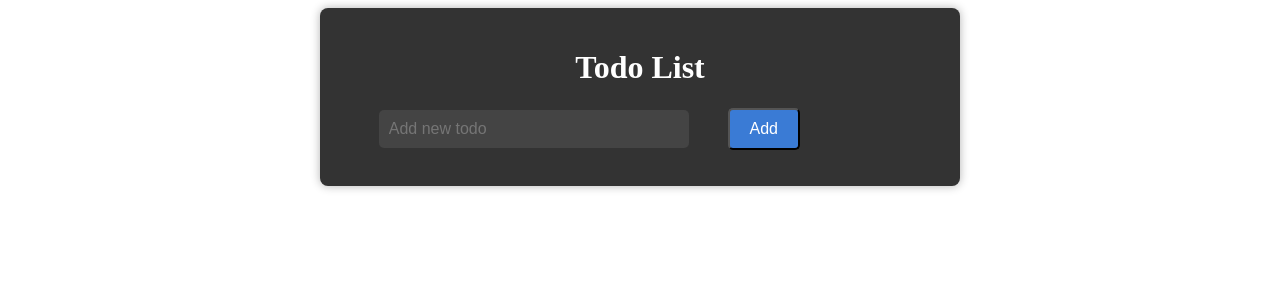
Repository: Tobby004/Todo-assignment
Page: / (app in todo-list-app/)
The author's editor kept a copy of each file at every save. The page is drawn from the files as they stood at one save, then again after the next save.
The browser window is 1280 px wide. The pictures show the whole page.
The project was rebuilt for these pictures with package versions that can differ from the ones it lists, and the page was loaded fresh each time. Also part of the build but not shown: todo-list-app/vue.config.js.

Above is the page before, as saved 2023-12-06 16:57:46.

### todo-list-app/src/App.vue
<template>
  <div id="app">
    <h1>Todo List</h1>
    <div class="input-container">
      <input v-model="newTodo" @keyup.enter="addTodo" placeholder="Add new todo" class="input-field">
      <button @click="addTodo" class="add-button">Add</button>
    </div>
    <ul>
      <li v-for="(todo, index) in todos" :key="index" class="todo-item">
        <span>{{ todo }}</span>
        <button @click="editTodo(index)" class="edit-button">Edit</button>
        <button @click="deleteTodo(index)" class="delete-button">Delete</button>
      </li>
    </ul>
  </div>
</template>



<script>
export default {
  data() {
    return {
      todos: [],
      newTodo: '',
      editedTodoIndex: null,
    };
  },
  methods: {
    addTodo() {
      if (this.newTodo.trim() !== '') {
        if (this.editedTodoIndex !== null) {
          this.todos[this.editedTodoIndex] = this.newTodo;
          this.newTodo = '';
          this.editedTodoIndex = null;
        } else {
          this.todos.push(this.newTodo);
          this.newTodo = '';
        }
      }
    },
    editTodo(index) {
      this.newTodo = this.todos[index];
      this.editedTodoIndex = index;
    },
    deleteTodo(index) {
      this.todos.splice(index, 1);
    },
  },
};
</script>

<style scoped>
body {
  margin: 0;
  font-family: Arial, sans-serif;
  background-color: #222;
  color: #eee;
}
h1 {
  color: #fff;
}

#app {
  max-width: 600px;
  margin: 0 auto;
  padding: 20px;
  background-color: #333;
  border-radius: 8px;
  box-shadow: 0 0 10px rgba(0, 0, 0, 0.3);
}

h1 {
  text-align: center;
}

.input-container {
  display: flex;
  align-items: center;
  margin-bottom: 10px;
}

.input-field {
  width: 290px;
  padding: 10px;
  border: none;
  border-radius: 5px;
  font-size: 16px;
  background-color: #444;
  color: #eee;
  margin-left: auto;
  margin-right: auto;
}

.add-button {
  padding: 10px 20px;
  margin-right: 140px;
  border-radius: 5px;
  cursor: pointer;
  font-size: 16px;
  background-color: #3a7bd5;
  color: #fff;
  transition: background-color 0.3s ease;
}

.add-button:hover {
  background-color: #2e5aa3;
}
.todo-item {
  display: flex;
  align-items: center;
  justify-content: space-between;
  padding: 10px;
  margin-bottom: 8px;
  background-color: #555;
  border-radius: 5px;
  color: white;
  transition: background-color 0.3s ease;
}

.todo-item:hover {
  background-color: #666;
}

.edit-button,
.delete-button {
  padding: 5px 10px;
  border: none;
  border-radius: 3px;
  cursor: pointer;
  transition: background-color 0.3s ease;
}

.edit-button:hover {
  background-color: #3a7bd5;
}

.delete-button:hover {
  background-color: #d9534f;
}
</style>

Loaded but not shown: todo-list-app/public/index.html (common file); todo-list-app/src/main.js (common file)

After the next save:
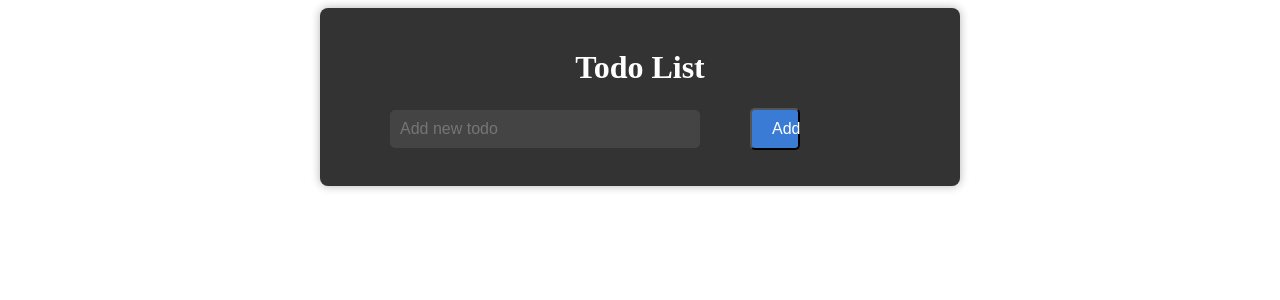
Saved 21 s later.
--- a/todo-list-app/src/App.vue
+++ b/todo-list-app/src/App.vue
@@ -100,6 +100,7 @@ h1 {
   font-size: 16px;
   background-color: #3a7bd5;
   color: #fff;
+  width: 50px;
   transition: background-color 0.3s ease;
 }
 
